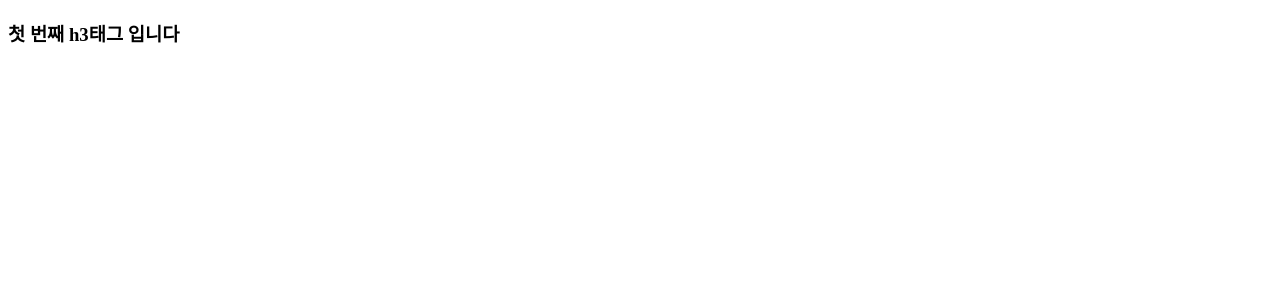
Repository: HyoJun00/Vue_JS
Page: Component/src/main/webapp/index.html
An editor plug-in stored every save of this project. The page is shown before and after the next save, followed by the edit.
The browser window is 1280 px wide. The pictures show the whole page.

Above is the page before, as saved 2025-07-15 05:36:05.

### Component/src/main/webapp/index.html
<!DOCTYPE html>
<html>
<head>
<meta charset="UTF-8">
<title>Insert title here</title>
<script src="https://cdn.jsdelivr.net/npm/vue@2"></script>
<script>
	Vue.component('component1', {
		template : '<h3>첫 번째 h3태그 입니다</h3>' + '<h3>두 번째 h3태그 입니다</h3>'
	})

	window.onload = function(){
		var test1 = new Vue({
			el : '#test1'
		})
	}
</script>
</head>
<body>
	<div id="test1">
		<component1></component1>
	</div>
</body>
</html>

After the next save:
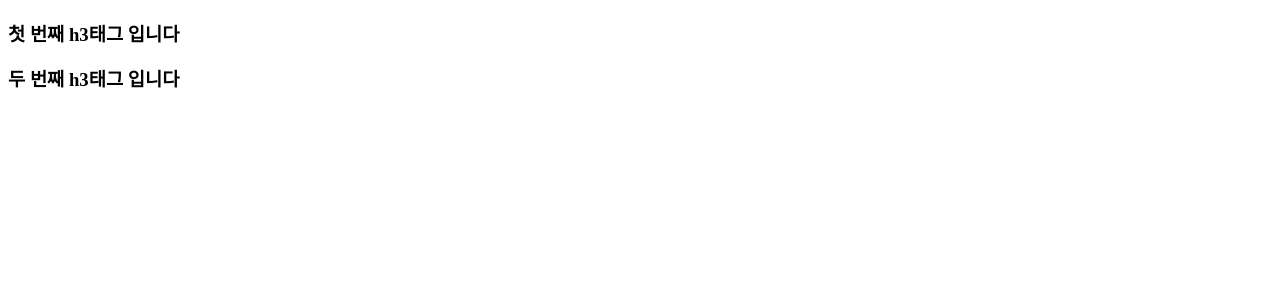
Saved 51 s later.
--- a/Component/src/main/webapp/index.html
+++ b/Component/src/main/webapp/index.html
@@ -6,7 +6,10 @@
 <script src="https://cdn.jsdelivr.net/npm/vue@2"></script>
 <script>
 	Vue.component('component1', {
-		template : '<h3>첫 번째 h3태그 입니다</h3>' + '<h3>두 번째 h3태그 입니다</h3>'
+		template : '<div>'
+		+	'<h3>첫 번째 h3태그 입니다</h3>'
+		+ '<h3>두 번째 h3태그 입니다</h3>'
+		+ '</div>'
 	})
 
 	window.onload = function(){
